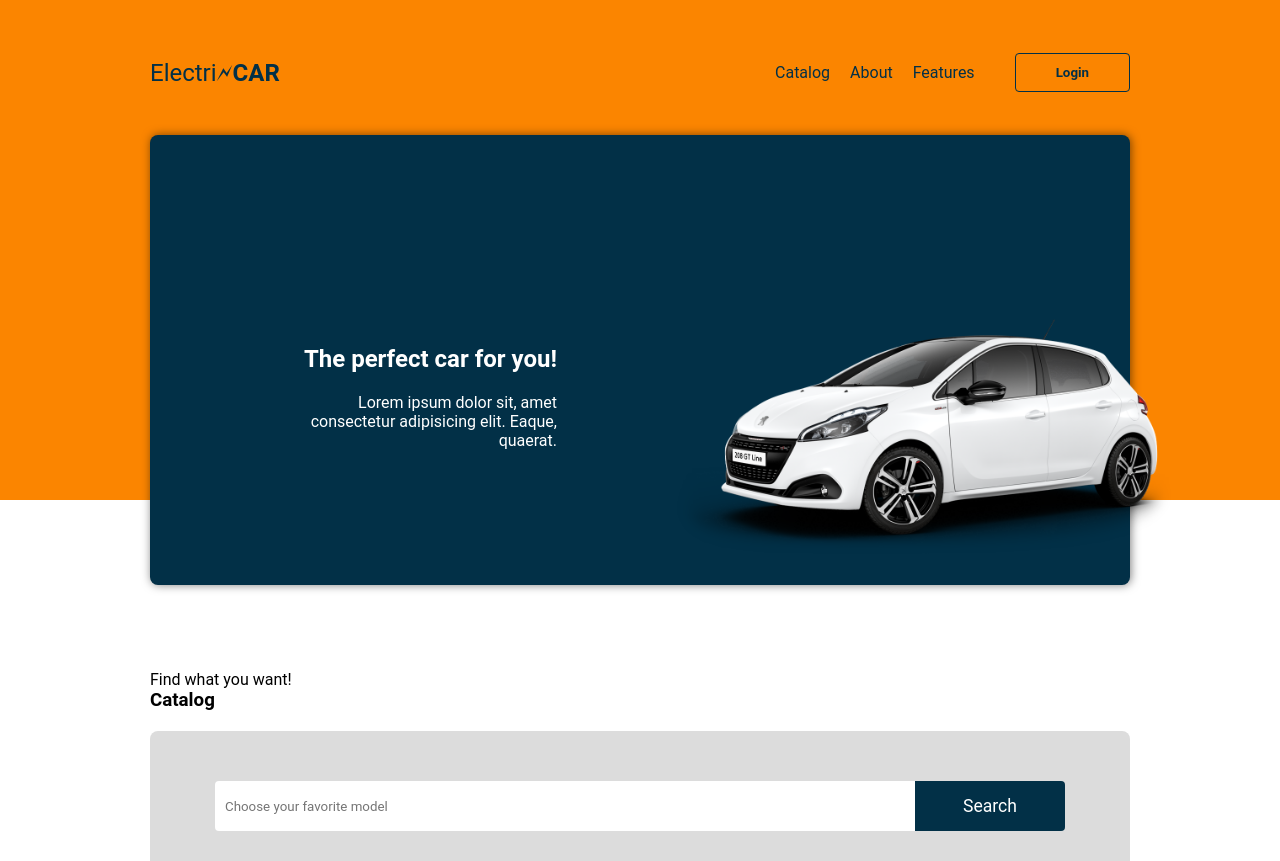
Repository: pettinelli1202/ElectriCar
Page: index.html
An editor plug-in stored every save of this project. The page is shown before and after a run of saves, followed by the edit.
The browser window is 1280 px wide. The pictures show the part of the page from y = 0 to 861 px (the page is 4053 px tall).
A picture or video elsewhere on the page could not be fetched, so the positions and the page height are approximate. Some web fonts or font styles are not loaded; a fallback is used.

Above is the page before, as saved 2023-03-28 20:39:32.

After the next 2 saves:
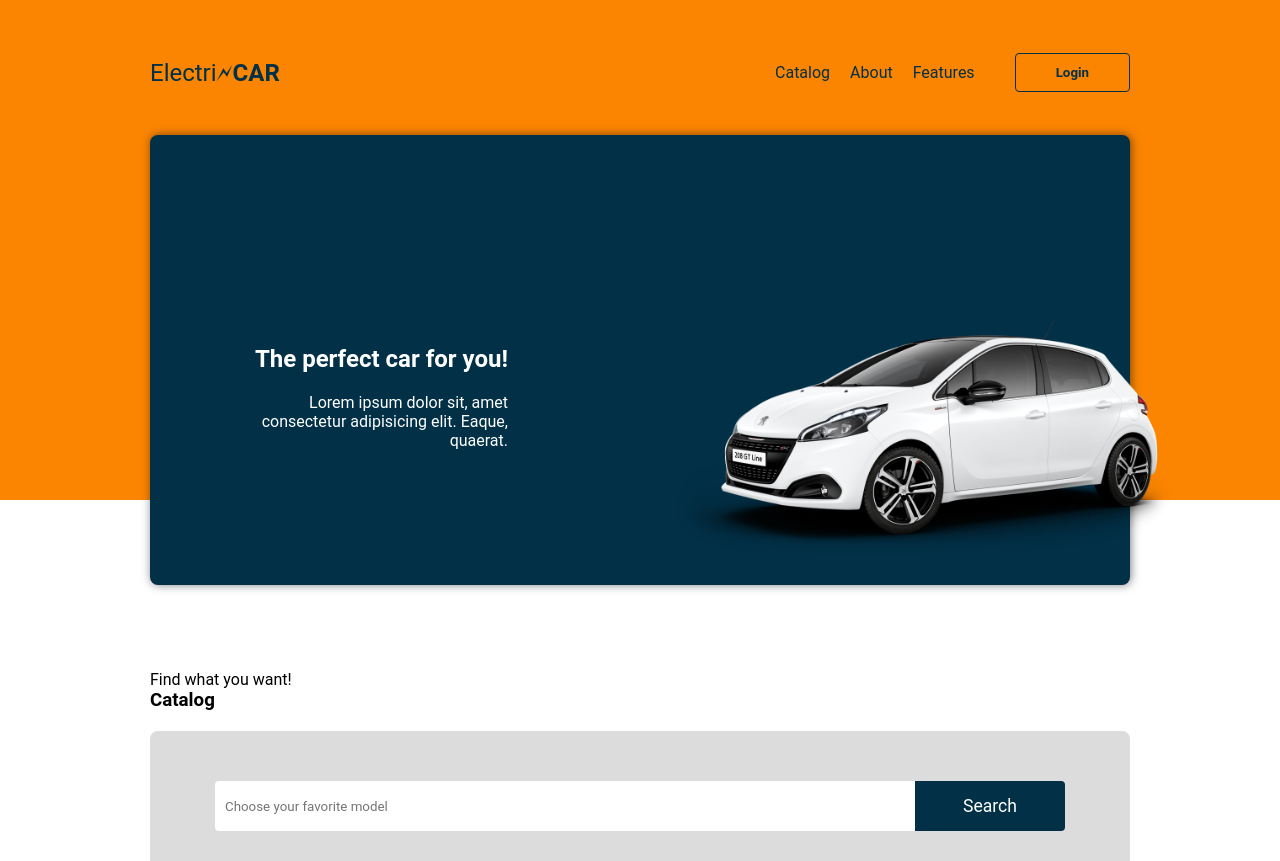
The 2 saves are shown as one change because they came seconds apart.
The last was saved 6 s later.
--- a/css/style.css
+++ b/css/style.css
@@ -109,7 +109,7 @@ nav ul button:hover {
     text-align: right;
     position: absolute;
     bottom: 30%;
-    left: 15%;
+    left: 10%;
 }
 
 .header-block .text h2 {
